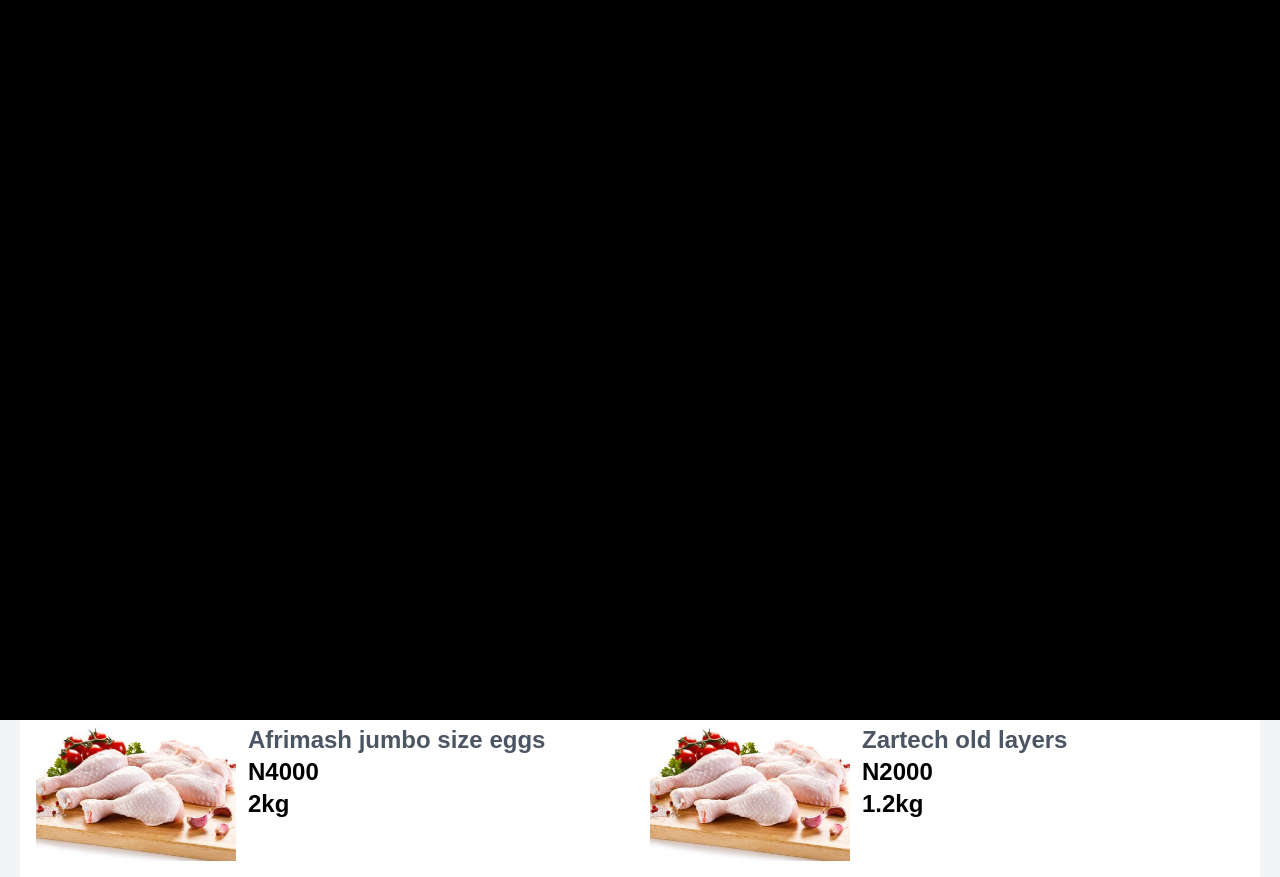
Repository: IssaMuiz/ifarmstock
Page: /
The author's editor kept a copy of each file at every save. The page is drawn from the files as they stood at one save, then again after the next save.
The browser window is 1280 px wide. The pictures show the whole page.
The project was rebuilt for these pictures with package versions that can differ from the ones it lists, and the page was loaded fresh each time. The framework's server and built-in components were replaced by stand-ins that run in the browser. Also part of the build but not shown: next.config.mjs.

Above is the page before, as saved 2024-08-30 02:26:42.

### app/layout.tsx
import "@/styles/globals.css";

export const metadata = {
  title: "Grow",
  description: "Livestock farming e-commerce application",
};

export default function RootLayout({
  children,
}: {
  children: React.ReactNode;
}) {
  return (
    <html lang="en">
      <body className="bg-gray-100 h-auto w-auto">
        <section>{children}</section>
      </body>
    </html>
  );
}

### app/page.tsx
"use client";
import ProductCardToday from "@/components/productcardToday";
import ProductSlider from "@/components/productSlider";
import ClientLayout from "@/components/clientLayout";

const Home = () => {
  return (
    <ClientLayout>
      <div className="pt-20 mx-5">
        <div>
          <ProductSlider />

          <div className="bgColor text w-full h-auto mt-5 text-3xl p-2 rounded-t-md font-semibold">
            Today&#39;s Deals
          </div>
          <ProductCardToday />
        </div>
      </div>
    </ClientLayout>
  );
};

export default Home;

### styles/globals.css
@tailwind base;
@tailwind components;
@tailwind utilities;

.scrollbar {
  scrollbar-width: thin;
  scrollbar-color: gray #313131;
}

.bgColor {
  background-color: green;
}

.text {
  color: white;
}

body {
  font-family: Arial, Helvetica, sans-serif;
  font-size: 14px;
}

### components/productcardToday.tsx
import Image from "next/image";
import poultryProduct from "../models/poultryProduct.json";
const ProductCardToday = () => {
  return (
    <div className="bg-white h-auto p-4">
      <div className="grid grid-cols-2 gap-5">
        {poultryProduct.map((product, index) => (
          <div key={index} className="flex gap-3">
            <Image src={product.image} alt="poultry" width={200} height={200} />
            <div className="text-2xl font-semibold">
              <p className="text-gray-600">{product.name}</p>
              <p>N{product.Price}</p>
              <p>{product.weight}</p>
            </div>
          </div>
        ))}
      </div>
    </div>
  );
};

export default ProductCardToday;

### components/productSlider.tsx
"use client";
import Image from "next/image";
import { useEffect, useState } from "react";

const ProductSlider = () => {
  const images = [
    "/assets/images/poultry-image1-slider.jpg",
    "/assets/images/poultry-image2-slider.jpg",
    "/assets/images/poultry-image3-slider.jpg",
    "/assets/images/poultry-image4-slider.jpg",
    "/assets/images/poultry-image5-slider.jpg",
    "/assets/images/poultry-image6-slider.jpg",
    "/assets/images/poultry-image7-slider.jpg",
    "/assets/images/catfish-image1-slider.jpg",
  ];

  const [index, setIndex] = useState(0);

  const handleSliceNext = () => {
    setIndex((index + 1) % images.length);
  };
  const handleSlicePrev = () => {
    setIndex((index - 1) % images.length);
  };

  const handleIndicatorClick = (i: number) => {
    setIndex(i);
  };

  useEffect(() => {
    const intervalId = setInterval(() => {
      handleSliceNext();
    }, 5000);
    return () => clearInterval(intervalId);
  }, [index]);
  return (
    <div className="relative w-[800px] overflow-hidden">
      <div
        className="flex transition-transform duration-500 ease-in-out"
        style={{ transform: `translateX(-${index * 100}%)` }}
      >
        {images.map((image, i) => (
          <div key={i} className="min-w-full">
            <Image
              className="h-[400px] rounded-md"
              src={image}
              alt={`Slide ${i + 1}`}
              width={800}
              height={200}
            />
          </div>
        ))}
      </div>
      <button
        type="button"
        onClick={handleSlicePrev}
        className="absolute left-0 top-1/2 tranform -translate-y-1/2 bg-gray-500 text-white px-1 py-1 opacity-75 hover:opacity-100 transition-opacity"
      >
        <Image
          className=""
          src="/assets/icons/arrow-left.png"
          alt="arrow-right-icon"
          width={20}
          height={20}
        />
      </button>
      <button
        type="button"
        onClick={handleSliceNext}
        className="absolute right-0 top-1/2 tranform -translate-y-1/2 bg-gray-500 text-white px-1 py-1 opacity-75 hover:opacity-100 transition-opacity"
      >
        <Image
          className=""
          src="/assets/icons/right-arrow.png"
          alt="arrow-right-icon"
          width={20}
          height={20}
        />
      </button>
      <div className="absolute bottom-4 left-0 right-0 flex justify-center space-x-2">
        {images.map((_, i) => (
          <button
            key={i}
            onClick={() => handleIndicatorClick(i)}
            className={`w-2 h-2 rounded-full ${
              index === i ? "bg-gray-800" : "bg-white"
            }`}
          />
        ))}
      </div>
    </div>
  );
};

export default ProductSlider;

### components/clientLayout.tsx
"use client";
import Navbar from "@/components/navbar";
import Sidenav from "@/components/sidenav";
import { useState, createContext } from "react";

export const SidebarContext = createContext({
  isOpen: false,
  toggleSidebar: () => {},
});

const ClientLayout = ({ children }: { children: React.ReactNode }) => {
  const [isOpen, setIsOpen] = useState(false);

  const toggleSidebar = () => {
    setIsOpen((prev) => !prev);
  };
  return (
    <SidebarContext.Provider value={{ isOpen, toggleSidebar }}>
      <Navbar />
      <Sidenav />
      <div
        className={`fixed inset-0 bg-black transition-opacity duration-300 ease-in-out z-10 ${
          isOpen
            ? "opacity-50 pointer-events-auto"
            : "opacity-100 pointer-events-none"
        }`}
        onClick={toggleSidebar}
      ></div>
      <section
        className={`relative z-0 transition-opacity duration-300 ease-in-out ${
          isOpen ? "opacity-50" : "opacity-100"
        }`}
      >
        {children}
      </section>
    </SidebarContext.Provider>
  );
};

export default ClientLayout;

### models/poultryProduct.json
[
  {
    "image": "/assets/images/poultry-image1-slider.jpg",
    "name": "CHI frozen chicken",
    "Price": "2500",
    "weight": "2.5kg"
  },
  {
    "image": "/assets/images/poultry-image2-slider.jpg",
    "name": "Agrited live broiler",
    "Price": "1800",
    "weight": "3.2kg"
  },
  {
    "image": "/assets/images/poultry-image5-slider.jpg",
    "name": "Afrimash jumbo size eggs",
    "Price": "4000",
    "weight": "2kg"
  },
  {
    "image": "/assets/images/poultry-image5-slider.jpg",
    "name": "Zartech old layers",
    "Price": "2000",
    "weight": "1.2kg"
  }
]

### components/navbar.tsx
"use client";
import Image from "next/image";
import { useContext } from "react";
import { SidebarContext } from "./clientLayout";
const Navbar = () => {
  const { toggleSidebar } = useContext(SidebarContext);
  return (
    <nav className="fixed bg-black text w-full h-16 flex items-center justify-between top-0 left-0 right-0 px-10 z-10">
      <button onClick={toggleSidebar}>
        <svg
          className="fill-white hover:fill-[green] cursor-pointer"
          xmlns="http://www.w3.org/2000/svg"
          viewBox="0 0 50 50"
          width="25px"
          height="25px"
        >
          <path d="M 3 8 A 2.0002 2.0002 0 1 0 3 12 L 47 12 A 2.0002 2.0002 0 1 0 47 8 L 3 8 z M 3 23 A 2.0002 2.0002 0 1 0 3 27 L 47 27 A 2.0002 2.0002 0 1 0 47 23 L 3 23 z M 3 38 A 2.0002 2.0002 0 1 0 3 42 L 47 42 A 2.0002 2.0002 0 1 0 47 38 L 3 38 z" />
        </svg>
      </button>
      <div className="Leftnav text text-3xl font-semibold cursor-pointer ml-5">
        Grow
      </div>
      <div className="Middlenav flex flex-1 mx-5 max-w-[700px] items-center">
        <input
          className=" px-5 py-2 w-full rounded-l-xl text-black outline-none"
          type="text"
          placeholder="Search for products, services and categories"
        />
        <div className="h-[37px] w-10 bgColor pt-2 pl-2 rounded-r-xl cursor-pointer">
          <Image
            className=""
            src="/assets/icons/search.png"
            alt="search-icon"
            width={20}
            height={20}
          />
        </div>
      </div>
      <div className="Rightnav flex items-center justify-between gap-3">
        <div className="flex items-center gap-1 cursor-pointer rounded-md p-3 hover:bg-[green]">
          <Image
            src="/assets/icons/help.png"
            alt="help-icon"
            width={20}
            height={20}
          />
          <p className="">Help</p>
          <Image
            src="/assets/icons/arrow-down.png"
            alt="help-icon"
            width={15}
            height={15}
          />
        </div>
        <div className="flex items-center gap-2  cursor-pointer rounded-md p-3 hover:bg-[green]">
          <Image
            src="/assets/icons/account.png"
            alt="help-icon"
            width={15}
            height={15}
          />
          <p>Account</p>
          <Image
            src="/assets/icons/arrow-down.png"
            alt="help-icon"
            width={15}
            height={15}
          />
        </div>
        <div className="flex relative cursor-pointer p-3 hover:bg-[green] rounded-md">
          <Image
            src="/assets/icons/cart.png"
            alt="cart-icon"
            width={30}
            height={20}
          />
          <p className="bg-white h-5 w-5 rounded-full text-black absolute left-7 bottom-7 text-center font-semibold">
            10
          </p>
          <p className="font-semibold mt-2 ">Cart</p>
        </div>
      </div>
    </nav>
  );
};

export default Navbar;

### components/sidenav.tsx
"use client";
import Image from "next/image";
import Link from "next/link";
import { useState } from "react";
import { useContext } from "react";
import { SidebarContext } from "./clientLayout";
const Sidenav = () => {
  const [categories, setCategories] = useState([
    {
      id: "1",
      name: "Broiler",
      expanded: false,
      arrowIcon: "/assets/icons/arrow-icon--right.png",
      dropdownlink: [
        { name: "Day old chicks", link: "/" },
        { name: "matured broilers", link: "/" },
        { name: "frozen chicken", link: "/" },
      ],
    },
    {
      id: "2",
      name: "Layers",
      expanded: false,
      arrowIcon: "/assets/icons/arrow-icon--right.png",
      dropdownlink: [
        { name: "pullet", link: "/" },
        { name: "Point of lay", link: "/" },
        { name: "Old layers", link: "/" },
      ],
    },
    {
      id: "3",
      name: "Catfish",
      expanded: false,

      arrowIcon: "/assets/icons/arrow-icon--right.png",
      dropdownlink: [
        { name: "fingerlings/juvenile", link: "/" },
        { name: "Matured catfish", link: "/" },
        { name: "smoked catfish", link: "/" },
      ],
    },
  ]);

  const handleDropdown = (id: string) => {
    setCategories((prev) =>
      prev.map((category) =>
        category.id === id
          ? { ...category, expanded: !category.expanded }
          : category
      )
    );
  };

  const { isOpen, toggleSidebar } = useContext(SidebarContext);
  return (
    <nav
      className={`fixed h-auto left-0 top-0 bottom-0 w-[300px] transform transition-transform duration-300 bg-gray-100 mt-20 ${
        isOpen ? "translate-x-0" : "-translate-x-full"
      }`}
    >
      <div>
        {categories.map((category) => (
          <div onClick={() => handleDropdown(category.id)} key={category.id}>
            <div className="text-xl flex justify-between items-center font-semibold bg-gray-200 mt-5 p-2 cursor-pointer">
              <div>{category.name}</div>

              <Image
                className={`${
                  category.expanded &&
                  "rotate-90 duration-300 transition-transform"
                } h-4 w-4`}
                src={category.arrowIcon}
                alt="arrow-icon"
                width={3}
                height={3}
              />
            </div>

            <div>
              {category.expanded && (
                <div>
                  {category.dropdownlink.map((dropdown, index) => (
                    <Link className="" key={index} href={dropdown.link}>
                      <div> {dropdown.name}</div>
                    </Link>
                  ))}
                </div>
              )}
            </div>
          </div>
        ))}
      </div>
      <button onClick={toggleSidebar}>X</button>
    </nav>
  );
};

export default Sidenav;

Loaded but not shown: tailwind.config.ts (common file)

After the next save:
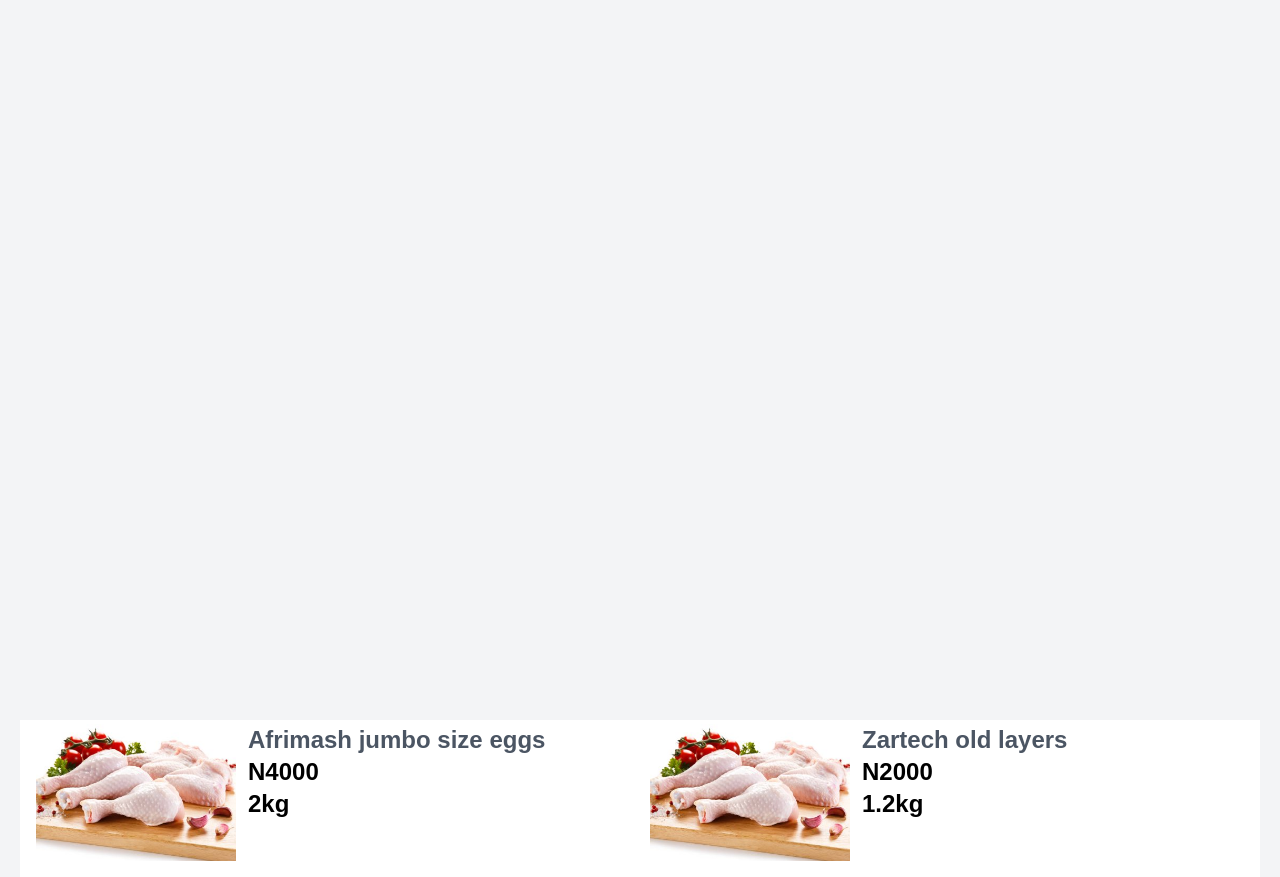
Saved 73 s later.
--- a/components/clientLayout.tsx
+++ b/components/clientLayout.tsx
@@ -19,7 +19,7 @@
       <Navbar />
       <Sidenav />
       <div
-        className={`fixed inset-0 bg-black transition-opacity duration-300 ease-in-out z-10 ${
+        className={`fixed inset-0 bg-gray-100 transition-opacity duration-300 ease-in-out z-10 ${
           isOpen
             ? "opacity-50 pointer-events-auto"
             : "opacity-100 pointer-events-none"

After the 3 saves that followed:
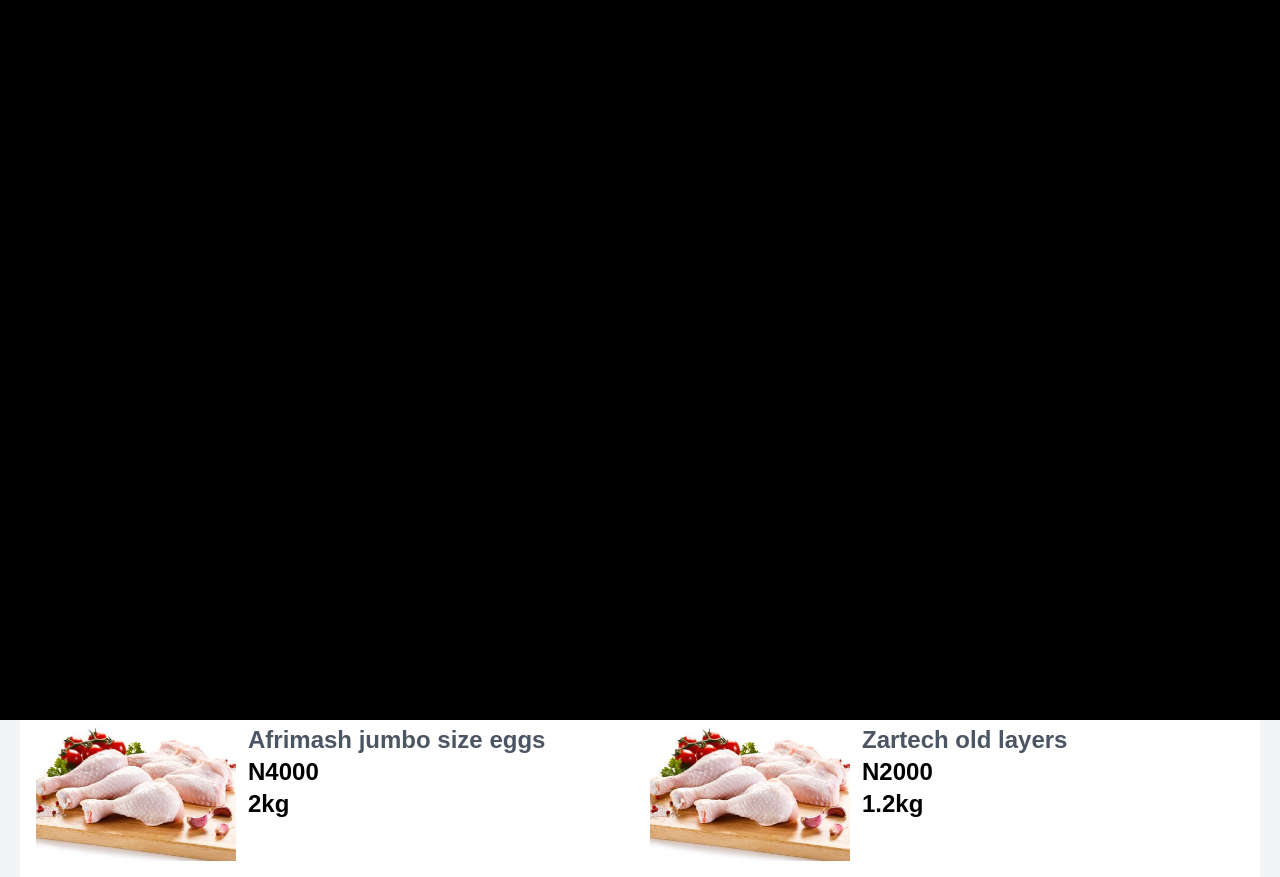
The 3 saves are shown as one change because 2 left the picture as it was.
The last was saved 5 min 47 s later.
--- a/components/clientLayout.tsx
+++ b/components/clientLayout.tsx
@@ -19,7 +19,7 @@
       <Navbar />
       <Sidenav />
       <div
-        className={`fixed inset-0 bg-gray-100 transition-opacity duration-300 ease-in-out z-10 ${
+        className={`fixed inset-0 bg-black transition-opacity duration-300 ease-in-out z-10 ${
           isOpen
             ? "opacity-50 pointer-events-auto"
             : "opacity-100 pointer-events-none"
@@ -27,8 +27,8 @@
         onClick={toggleSidebar}
       ></div>
       <section
-        className={`relative z-0 transition-opacity duration-300 ease-in-out ${
-          isOpen ? "opacity-50" : "opacity-100"
+        className={`relative z-0 transition-all duration-300 ease-in-out ${
+          isOpen ? "blur-sm" : "blur-none"
         }`}
       >
         {children}
